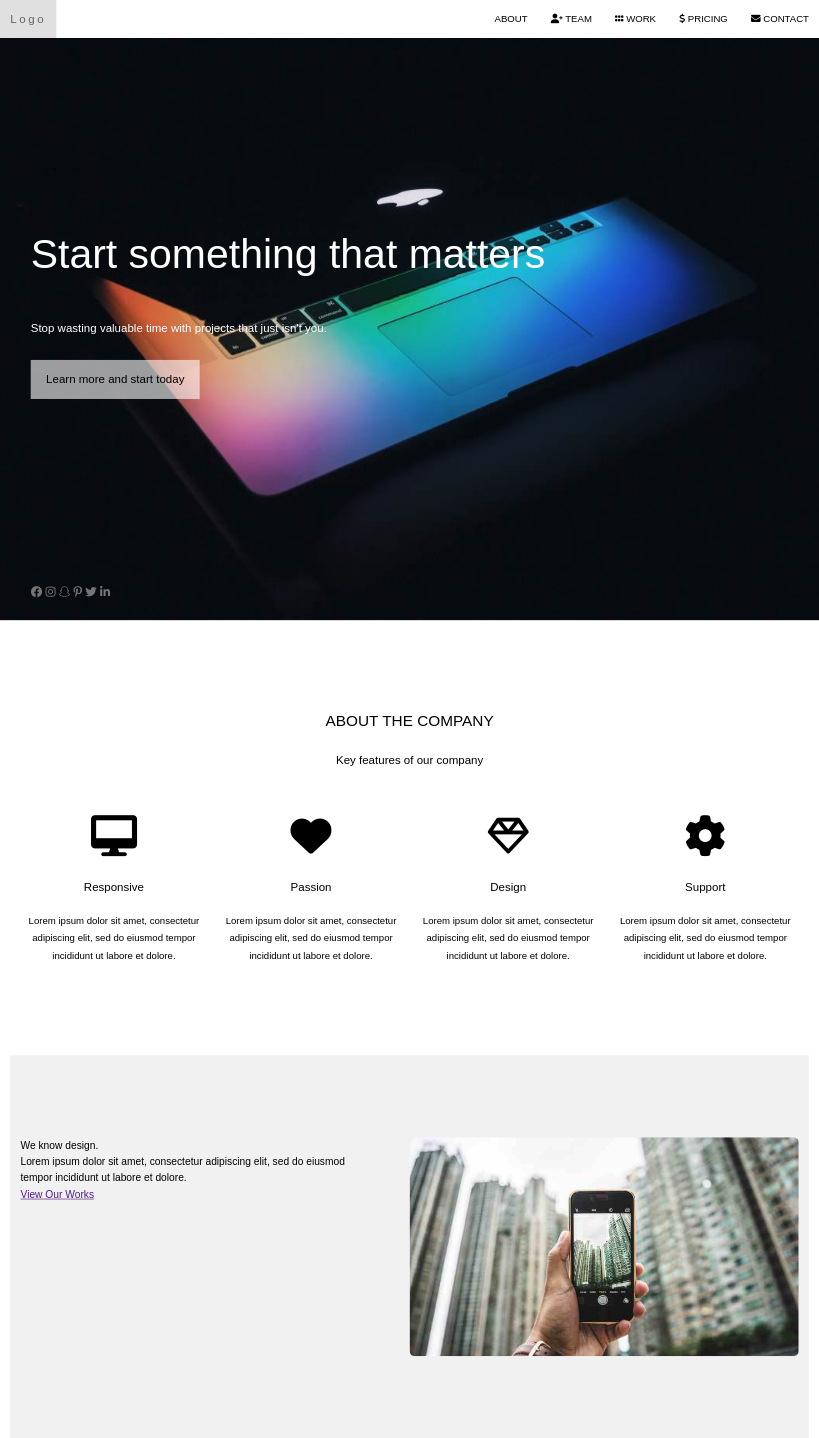
Repository: husterDC/Test
Page: index.html
The author's editor kept a copy of each file at every save. The page is drawn from the files as they stood at one save, then again after the next save.
The browser window is 1280 px wide. The pictures show the whole page, at 64% of full size.

Above is the page before, as saved 2022-10-13 13:35:39.

### index.html
<!DOCTYPE html>
<html lang="en">
<head>
    <meta charset="UTF-8">
    <meta http-equiv="X-UA-Compatible" content="IE=edge">
    <meta name="viewport" content="width=device-width, initial-scale=1.0">
    <title>Document</title>
    <link rel="stylesheet" href="./assets/base.css">
    <link rel="stylesheet" href="./assets/style.css">
    <link rel="stylesheet" href="./assets/css/responsive.css">
    <link rel="stylesheet" href="./fonts/themify-icons/themify-icons.css">
    <link rel="stylesheet" href="./assets/fontawesome-free-6.1.1-web/css/all.min.css">
</head>
</head>
<body>
    <div class="header">
        <div class="header_logo">
            <a href="" class="header_logo-link">Logo</a>
        </div>
        <div class="header_nav">
            <ul class="header_nav-menu">
                <li class="header_nav-item">

                    <a href="" class="header_nav-link">ABOUT</a>
                </li>
                <li class="header_nav-item">
                    <a href="" class="header_nav-link">
                        <i class="header_nav-icon header-nav_icon fa-solid fa-user-plus"></i>
                        TEAM
                    </a>
                </li>
                <li class="header_nav-item">
                    <a href="" class="header_nav-link">
                        <i class="fa-solid fa-grip"></i>
                        WORK
                    </a>
                </li>
                <li class="header_nav-item">
                    <a href="" class="header_nav-link">
                        <i class="header_nav-icon fa-solid fa-dollar-sign"></i>
                        PRICING
                    </a>
                </li>
                <li class="header_nav-item">
                    <a href="" class="header_nav-link">
                        <i class="header_nav-icon fa-solid fa-envelope"></i>
                        CONTACT
                    </a>
                </li>
            </ul>
        </div>
    </div>
    <div class="slider">
        <div class="slider_content">
            <div class="slider_title">Start something that matters</div>
            <div class="slider_dec">Stop wasting valuable time with projects that just isn't you.</div>
            <a href="" class="slider_link">
                <button class="slider_btn">Learn more and start today</button>
            </a>
        </div>
        <div class="slider_social">
            <a href="" class="slider_social-link"><i class="slider_social-icon fa-brands fa-facebook"></i></a>
            <a href="" class="slider_social-link"><i class="slider_social-icon fa-brands fa-instagram"></i></a>
            <a href="" class="slider_social-link"><i class="slider_social-icon fa-brands fa-snapchat"></i></a>
            <a href="" class="slider_social-link"><i class="slider_social-icon fa-brands fa-pinterest-p"></i></a>
            <a href="" class="slider_social-link"><i class="slider_social-icon fa-brands fa-twitter"></i></a>
            <a href="" class="slider_social-link"><i class="slider_social-icon fa-brands fa-linkedin-in"></i></a>
        </div>
    </div>
    <div class="container">
        <div class="container_base container_about">
            <div class="container_about-title">ABOUT THE COMPANY</div>
            <div class="container_about-dec">Key features of our company</div>
            <div class="container_about-member">
                <div class="container_about-item">
                    <i class="container_about-item-icon fa-solid fa-desktop"></i>
                    <div class="container_about-item-name">Responsive</div>
                    <div class="container_about-item-dec">Lorem ipsum dolor sit amet, consectetur adipiscing elit, sed do eiusmod tempor incididunt ut labore et dolore.</div>
                </div>
                <div class="container_about-item">
                    <i class="container_about-item-icon fa-solid fa-heart"></i>
                    <div class="container_about-item-name">Passion</div>
                    <div class="container_about-item-dec">Lorem ipsum dolor sit amet, consectetur adipiscing elit, sed do eiusmod tempor incididunt ut labore et dolore.</div>
                </div>
                <div class="container_about-item">
                    <i class="container_about-item-icon fa-regular fa-gem"></i>
                    <div class="container_about-item-name">Design</div>
                    <div class="container_about-item-dec">Lorem ipsum dolor sit amet, consectetur adipiscing elit, sed do eiusmod tempor incididunt ut labore et dolore.</div>
                </div>
                <div class="container_about-item">
                    <i class="container_about-item-icon fa-solid fa-gear"></i>
                    <div class="container_about-item-name">Support</div>
                    <div class="container_about-item-dec">Lorem ipsum dolor sit amet, consectetur adipiscing elit, sed do eiusmod tempor incididunt ut labore et dolore.</div>
                </div>
            </div>
        </div>
        <div class="container_base container_about-sub">
            <div class="container_about-sub-wrap">
                <div class="container_about-sub-title">We know design.</div>
                <div class="container_about-sub-dec">Lorem ipsum dolor sit amet, consectetur adipiscing elit, sed do eiusmod <br> tempor incididunt ut labore et dolore.</div>
                <a href="" class="container_about-btn">View Our Works</a>
            </div>
            <img src="./assets/img/phone_buildings.jpg" alt="" class="container_about-img">
        </div>
    </div>
</body>
</html>

### assets/base.css
html {
    font-size: 16px;
    line-height: 1.6;
    font-family: 'Roboto', sans-serif;
    box-sizing: border-box;
}
.container_base {
    padding: 128px 16px;
}

### assets/style.css
* {
    padding: 0;
    margin: 0;
    box-sizing: border-box;
}
html {

    scroll-behavior: smooth;
    font-family: Arial, Helvetica, sans-serif;
}
.white-text {
    color: #fff;
}
.clear {
    clear: both;
}
.header {
    height: 60px;
    width: 100%;
    font-size: 15px;
    background-color: #fff;
    display: flex;
    align-items: center;
    position: fixed;
    z-index: 2;
}
.header_logo {
    flex: 1;
    font-size: 18px;
    letter-spacing: 4px;
    opacity: 0.6;
}
.header_logo-link {
    position: absolute;
    left: 0;
    top: 50%;
    transform: translateY(-50%);
    padding: 0 16px;
    text-align: center;
    line-height: 60px;

}
.header_nav-menu {
    position: absolute;
    right: 0;
    top: 50%;
    transform: translateY(-50%);
    text-align: center;
}
.header_nav-item {
    line-height: 60px;
    display: inline-block;
    margin: 0;
    padding: 0 16px;
}
.header_logo-link,
.header_nav-link {
    text-decoration: none;
    color: #000;
}
.header_logo-link:hover,
.header_nav-item:hover {
    background-color: #ccc;
    cursor: pointer;
}
.slider {
    position: relative;
    height: 969px;
    background: url('./img/mac.jpg') top center / cover no-repeat;
    color: #fff;
    font-size: 18px;
    padding: 0 48px;
}
.slider_content {
    position: absolute;
    top: 50%;
    transform: translateY(-50%);
}
.slider_title {
    font-size: 64px;
    margin-bottom: 50px;
}
.slider_dec {
    margin: 15px 0;
}
.slider_btn {
    background-color: rgba(256,256,256, 0.6);
    font-size: 18px;
    border: none;
    padding: 20px 24px;
    margin-top: 20px;
}
.slider_btn:hover {
    background-color: #ccc;
}
.slider_social {
    position: absolute;
    bottom: 3%;
}
.slider_social-link {
    color: #757575;
}
.slider_social-link:hover {
    opacity: 0.6;
}
.container_about {
    font-size: 18px;
    text-align: center;
}
.container_about-title {
    font-size: 24px;
    margin: 10px 0;
}
.container_about-dec {
    margin: 28px 0 18px;
}
.container_about-member {
    display: flex;
    margin-top: 72px;
    padding: 0 8px;
}
.container_about-item-icon {
    font-size: 64px;
    margin-bottom: 16px;
}
.container_about-item-name {
    margin: 18px 0;
}
.container_about-item-dec {
    font-size: 15px;
    margin: 24px 8px 15px;
    line-height: 1.8;
}
.container_about-sub {
    background-color: #f1f1f1;
    display: flex;
    margin: 0 16px;
}
.container_about-sub-wrap {
    flex: 1;
}
.container_about-img {
    width: 50%;
    height: auto;
    border-radius: 8px;
}

Loaded but not shown: fonts/themify-icons/themify-icons.css (common file); assets/fontawesome-free-6.1.1-web/css/all.min.css (library); assets/responsive.css (no copy from this time; the picture is the same without it)

After the next save:
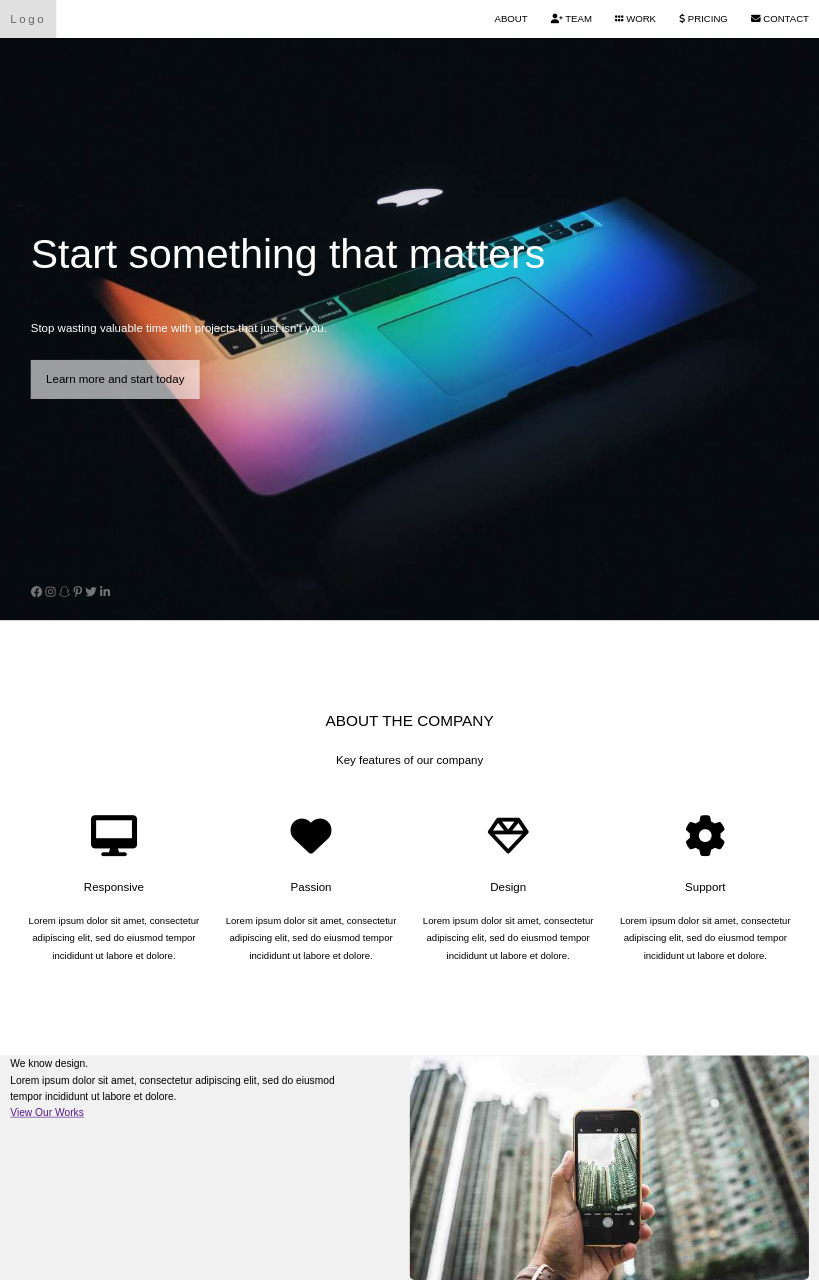
Saved 24 s later.
--- a/assets/style.css
+++ b/assets/style.css
@@ -134,7 +134,7 @@
 .container_about-sub {
     background-color: #f1f1f1;
     display: flex;
-    margin: 0 16px;
+    padding: 0 16px;
 }
 .container_about-sub-wrap {
     flex: 1;
